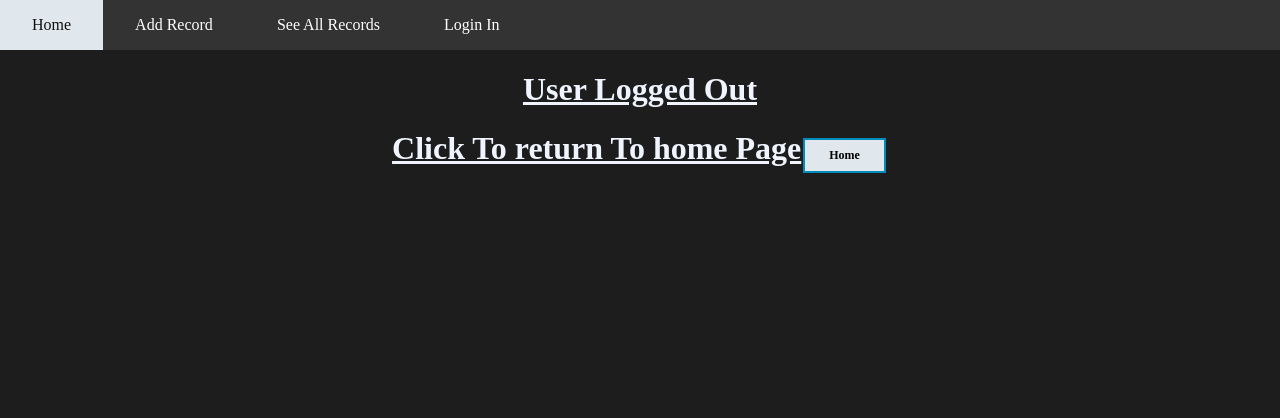
Repository: MUHAMMAD-SAQIB-2000/SpringBoot
Page: http://localhost/WebServiceRecordManagementSystem/logout.jsp
An editor plug-in stored every save of this project. The page is shown before and after the next save, followed by the edit.
The browser window is 1280 px wide. The pictures show the whole page.
The page is served by Tomcat 9. Other server files are loaded and not shown.

Above is the page before, as saved 2020-08-14 18:09:44.

### WebServiceRecordManagementSystem/src/main/webapp/logout.jsp
<%@ page language="java" contentType="text/html; charset=ISO-8859-1"
	pageEncoding="ISO-8859-1"%>
<!DOCTYPE html>
<html>
<head>
<meta charset="ISO-8859-1">
<title>Logout Page</title>
<link rel="stylesheet" href="style.css">
</head>
<body>
	<div>
		<ul>
			<li><a class="active"
				onclick="window.location.href = '${pageContext.request.contextPath}/home'">Home</a></li>
			<li><a
				onclick="window.location.href = '${pageContext.request.contextPath}/addCustomerForm'">Add
					Record</a></li>
			<li><a
				onclick="window.location.href = '${pageContext.request.contextPath}/displayAllCustomers'">See
					All Records</a></li>
			<li><a
				onclick="window.location.href = '${pageContext.request.contextPath}/login'">Login
					In</a></li>
		</ul>
	</div>
	<div class="mainBody">
		<h1 class="h">User Logged Out</h1>
		<h1 class="h">
			Click To return To home Page<a class="button button2" onclick="window.location.href='${pageContext.request.contextPath}/login'">Home
			</a></h1>
	</div>

</body>
</html>

### WebServiceRecordManagementSystem/src/main/webapp/style.css
@charset "ISO-8859-1";

body {
	margin: 0px;
	padding: 0px;
	background-color:#1d1d1d;
}

ul {
	list-style-type: none;
	margin: 0;
	padding: 0;
	overflow: hidden;
	background-color: #333;
	position: fixed;
	top: 0;
	width: 100%;
}

li {
	float: left;
}

li a {
	display: block;
	color: white;
	text-align: center;
	padding: 16px 32px;
	text-decoration: none;
	font-size:16px;
}

li a:hover {
	background-color: #E1E8ED;
	color:#111;
}

.active {
	background-color:#008CBA;
	color:#fff;
	transition-duration: 0.4s;
	cursor: pointer;
}
.mainBody{
	padding: 20px 20px;
	margin-top:30px;
}

.h {
	color: #eff4ff;
	text-align: center;
	text-decoration: underline;
}
h2,h3,h4,h5{
	color: #E1E8ED;
}
table, th, td {
	background-color: #E1E8ED;
	color: #111;
	text-align: center;
	border: 2px solid #008CBA;
	margin: 10px;
	padding: 5px;
}

th:hover, td:hover {
	border: 2px solid #111;
	background-color: #008CBA;
	color: white;
	transition-duration: 0.4s;
	cursor: pointer;
}

.tableCSS {
	background-color: #E1E8ED;
	color: #111;
	margin-top:5%;
	margin-left:20%;
}

.button {
	border: none;
	color: white;
	padding: 8px 24px;
	text-align: center;
	text-decoration: none;
	display: inline-block;
	font-size: 12px;
	margin: 4px 2px;
	transition-duration: 0.4s;
	cursor: pointer;
}

.button2 {
	background-color: #E1E8ED;
	color: black;
	border: 2px solid #008CBA;
}

.button2:hover {
	background-color: #008CBA;
	color: white;
}

.form {
	text-align: left;
	margin-left: 50px;
}

form {
	width: 100%;
	padding: 12px 20px;
	margin: 8px 0;
	box-sizing: border-box;
}

.title {
	font-size: 25px;
	color: #eff4ff;
}
.para{
	font-size: 14px;
	color: #eff4ff;
}
select {
  width: 20%;
  padding: 12px 16px;
  border: none;
  border-radius: 4px;
  background-color: #f1f1f1;
}
.inputForm {
	width: 30%;
	padding: 10px 18px;
	margin: 6px 0;
	box-sizing: border-box;
	background-color: #F7F7F7;
	color: #111;
	border: 2px solid #00aba9;
  	border-radius: 4px;
}
.inputForm:focus {
  border: 3px solid #555;
}
radiobutton {
	size: 10px;
}

option:hover {
	background-color: #008CBA;
	color: white;
}

a {
	text-decoration: none;
	color: #111;
}

a:hover {
	color: #fff;
	font-size: 16px;
}
.foter{
	background-color: #111;
	color:#fff;
	font-size:20px;
}
.loginButton{
	width: 30%;
	padding: 10px 18px;
	margin: 6px 0;
	box-sizing: border-box;
}

After the next save:
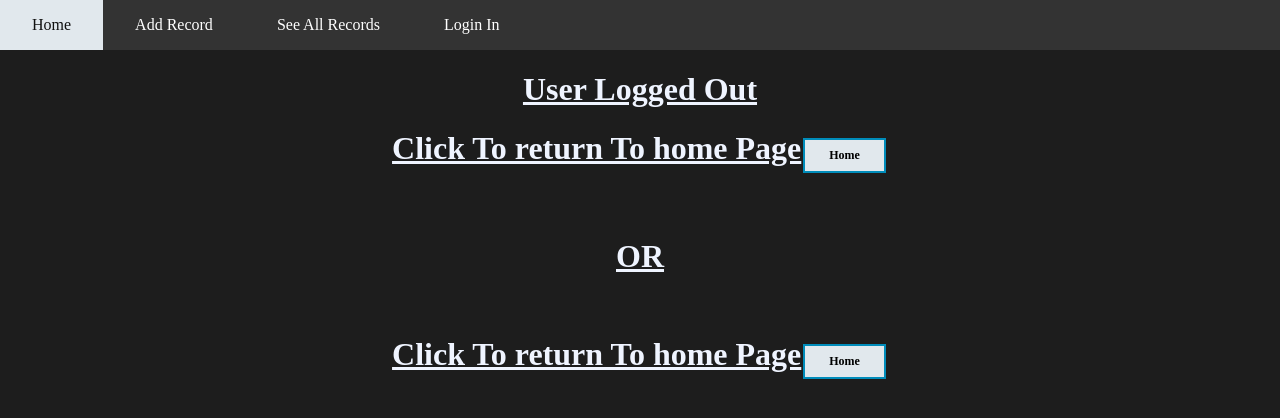
Saved 119 s later.
--- a/WebServiceRecordManagementSystem/src/main/webapp/logout.jsp
+++ b/WebServiceRecordManagementSystem/src/main/webapp/logout.jsp
@@ -26,7 +26,13 @@
 	<div class="mainBody">
 		<h1 class="h">User Logged Out</h1>
 		<h1 class="h">
-			Click To return To home Page<a class="button button2" onclick="window.location.href='${pageContext.request.contextPath}/login'">Home
+			Click To return To home Page<a class="button button2" onclick="window.location.href='${pageContext.request.contextPath}/home'">Home
+			</a></h1>
+		<br />
+		<h1 class="h">OR</h1>
+		<br />
+		<h1 class="h">
+			Click To return To home Page<a class="button button2" onclick="window.location.href='${pageContext.request.contextPath}/home'">Home
 			</a></h1>
 	</div>
 
